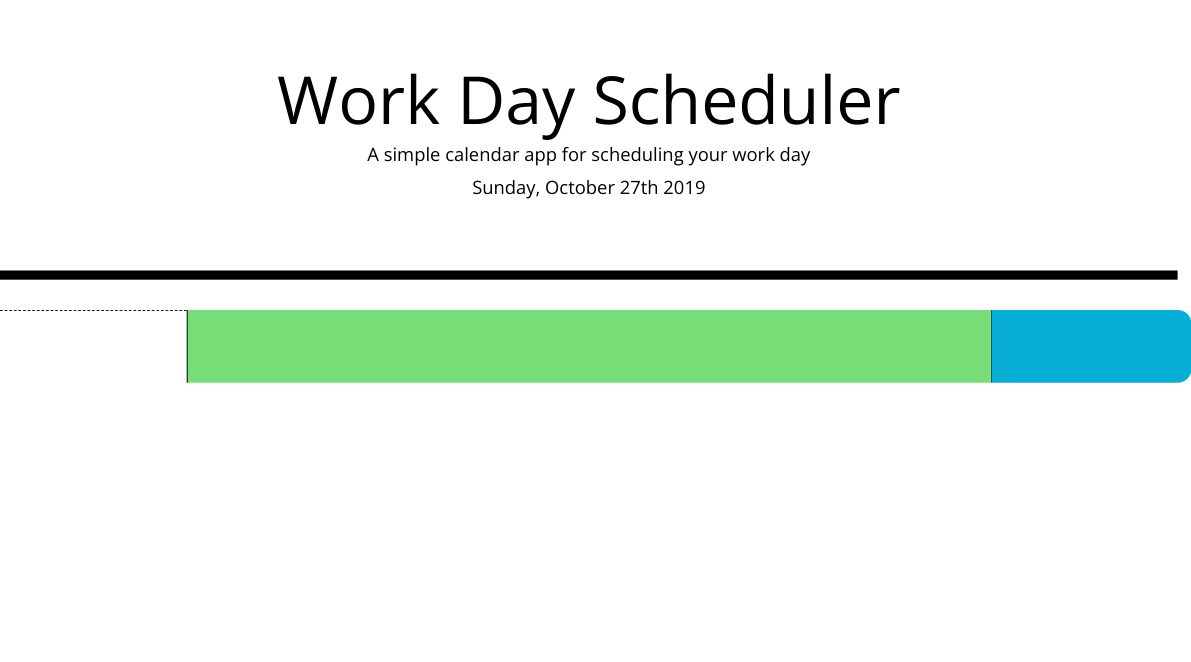
Repository: s88leigh/Day-Planner
Page: Develop/index.html
The author's editor kept a copy of each file at every save. The page is drawn from the files as they stood at one save, then again after a run of saves.
The browser window is 1280 px wide. The page is 1295 px wide, so the pictures cover 1295 px, including what lies to the right of the window. The pictures show the whole page, at 92% of full size.
Some web libraries are served in a nearby version.

Above is the page before, as saved 2019-10-27 17:09:57.
Console error: ReferenceError: i is not defined

### Develop/index.html
<!DOCTYPE html>
<html lang="en">
  <head>
    <meta charset="UTF-8" />
    <meta name="viewport" content="width=device-width, initial-scale=1.0" />
    <meta http-equiv="X-UA-Compatible" content="ie=edge" />
    <link
      rel="stylesheet"
      href="https://stackpath.bootstrapcdn.com/bootstrap/4.3.1/css/bootstrap.min.css"
    />
    <link
      rel="stylesheet"
      href="https://use.fontawesome.com/releases/v5.8.1/css/all.css"
      integrity="sha384-50oBUHEmvpQ+1lW4y57PTFmhCaXp0ML5d60M1M7uH2+nqUivzIebhndOJK28anvf"
      crossorigin="anonymous"
    />
    <link
      href="https://fonts.googleapis.com/css?family=Open+Sans&display=swap"
      rel="stylesheet"
    />
    <link rel="stylesheet" href="style.css" />
    <title>Work Day Scheduler</title>
  </head>

  <body>
    <script src="lib\moment\moment.min.js"></script>

    <header class="jumbotron">
      <h1 class="display-3">Work Day Scheduler</h1>
      <p class="lead">A simple calendar app for scheduling your work day</p>
      <p id="currentDay" class="lead">9:00</p>
    </header>
    <div class="container">
      <!-- Timeblocks go here -->

   </div>




    <div class="row">







      <div class="col-2 hour">

      </div>
      <textarea class="col-8 future">

      </textarea>
      <div class="col-2 saveBtn">

      </div>
    </div>


    <script>
      const curDay = document.querySelector(".currentDay");

      function updateTime(){
        const now = moment();
        const date = now.format("dddd, MMMM Do YYYY");

        currentDay.textContent = date;
      }
      setInterval (updateTime , 1000)
      updateTime();



    </script>


    <script src="https://code.jquery.com/jquery-3.4.1.min.js"></script>
    <script src="https://cdnjs.cloudflare.com/ajax/libs/moment.js/2.24.0/moment.min.js"></script>
    <script src="script.js"></script>
    </body>
</html>

### Develop/style.css
body {
  font-family: 'Open Sans', sans-serif;
  font-size: 16px;
  line-height: 1;
}

textarea{
  background: transparent;
  border: none;
  resize: none;
  color: #000000;
  border-left: 1px solid black;
  padding: 10px;
}

.jumbotron {
  text-align: center;
  background-color: transparent;
  color: black;
  border-radius: 0;
  border-bottom: 10px solid black;
}

.description{
  white-space: pre-wrap;
}

.time-block{
  text-align: center;
  border-radius: 15px;
}

.row {
  white-space: pre-wrap;
  height: 80px;
  border-top: 1px solid white;;
}

.hour {
  background-color: #ffffff;
  color: #000000;
  border-top: 1px dashed #000000;
}

.past {
  background-color: #d3d3d3;
  /* color: white; */
}

.present {
  background-color: #ff6961;
  /* color: white; */
}

.future {
  background-color: #77dd77;
  /* color: white; */
}

.saveBtn {
  border-left: 1px solid black;
  border-top-right-radius: 15px;
  border-bottom-right-radius: 15px;
  background-color: #06AED5;
  color: white;
}

.saveBtn i:hover {
  font-size: 20px;
  transition: all .3s ease-in-out;
}

### Develop/script.js
var startTime = 9;
var endTime = 17;

// for(i = startTime; i < endTime; i++) {
    newRow = $("<div>");
    newRow.addClass("row");

    hour = $("<div>");
    hour.addClass("col-2 hour");
    hour.text(i);

    dailyTask = $("<textarea>");
    dailyTask.addClass("col-8");
    dailyTask.addClass("future");

    saveButton = $("<button>");
    saveButton.addClass("col-2 saveBtn");
    saveButton.addClass("saveBtn i:hover");
    saveButton.text("save");

    newRow.append(hour, dailyTask, saveButton);
    $(".container").append(newRow);
//  }


// var saveButton = $(".saveBtn");

//  var inputTask = $(".col-8").value;

// $(".saveBtn").on("click", function(){

//   var input = inputTask;
//   input.textContent=value;

//  if (input && value) {
//    localStorage.setItem("input", input);
//  }
  // console.log("clicked save button");
    // });

    // // Get id of element clicked by user
    // $(".row").click(function(event) {
    //   dailyTaskInput = event.target.class;

    // }


    // var saveButton=JSON.stringify(value);
    // localStorage.setItem("saveButton", saveButtonJSON);

Loaded but not shown: Develop/lib/moment/moment.min.js (library)

After the next 4 saves:
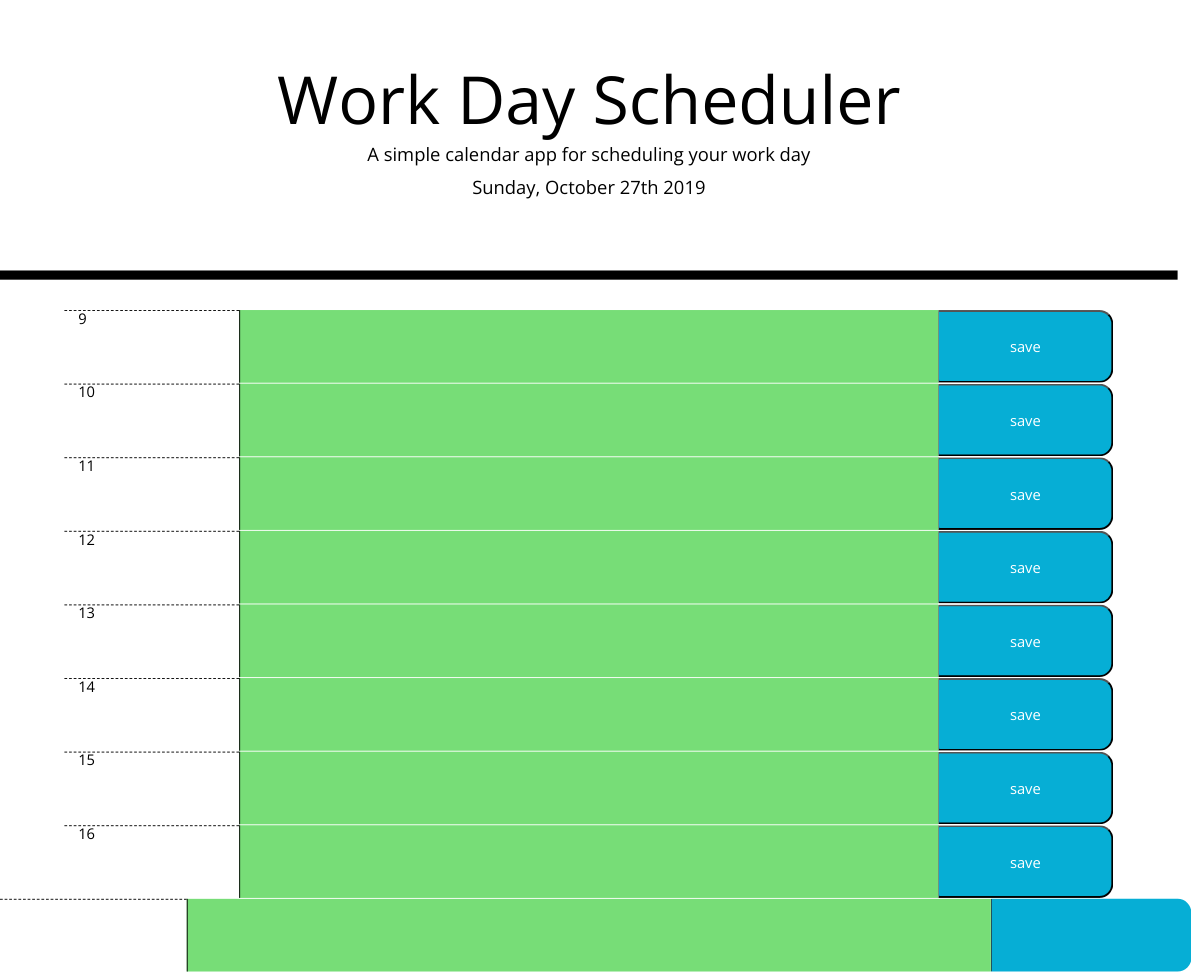
The error is gone.
The 4 saves are shown as one change because they came seconds apart.
The last was saved 50 s later.
--- a/Develop/script.js
+++ b/Develop/script.js
@@ -1,7 +1,7 @@
 var startTime = 9;
 var endTime = 17;
 
-// for(i = startTime; i < endTime; i++) {
+for(i = startTime; i < endTime; i++) {
     newRow = $("<div>");
     newRow.addClass("row");
 
@@ -20,7 +20,7 @@ var endTime = 17;
 
     newRow.append(hour, dailyTask, saveButton);
     $(".container").append(newRow);
-//  }
+}
 
 
 // var saveButton = $(".saveBtn");
